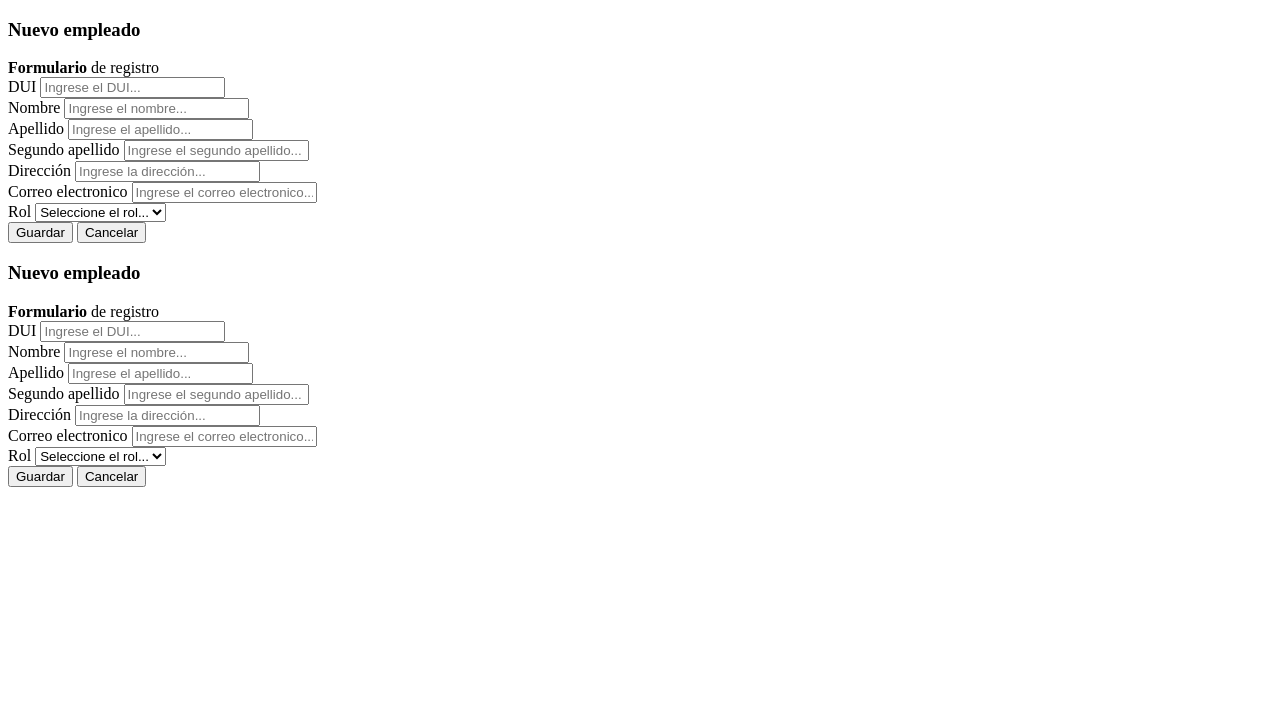
Repository: Julio-Sama/jacquis_system
Page: src/main/resources/templates/nuevo_empleado.html
An editor plug-in stored every save of this project. The page is shown before and after the next save, followed by the edit.
The browser window is 1280 px wide. The pictures show the whole page.

Above is the page before, as saved 2023-10-09 17:29:34.

After the next save:
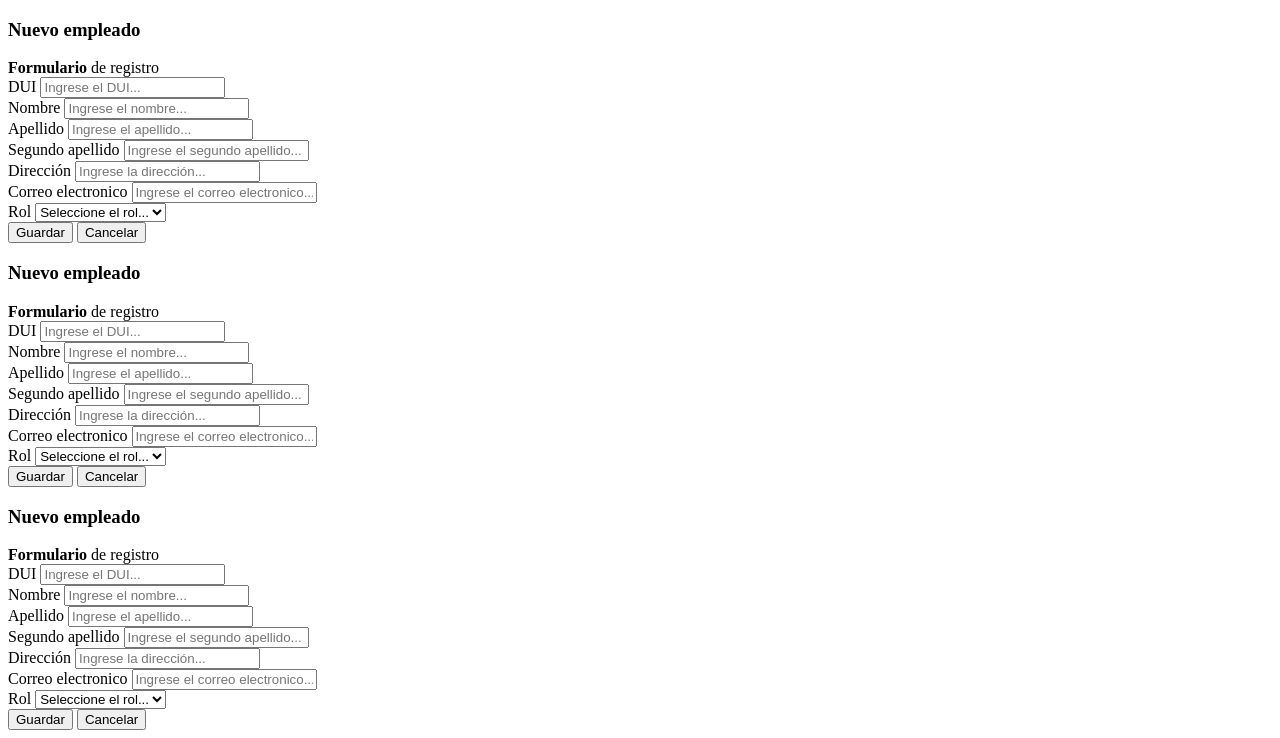
Saved 6 min 20 s later.
--- a/src/main/resources/templates/nuevo_empleado.html
+++ b/src/main/resources/templates/nuevo_empleado.html
@@ -1,3 +1,99 @@
+<!DOCTYPE html>
+<html lang="es" xmlns:th="https://www.thymeleaf.org">
+
+<head>
+    <meta charset="UTF-8">
+</head>
+
+<body>
+    <div th:fragment="contentE" class="container-fluid">
+        <!-- AQUI VA LA TABLA -->
+        <div class="row">
+            <div class="col-md-12">
+                <!-- DATA TABLE -->
+                <!-- Pongo el breadcrumbs? -->
+                <h3 class="title-5 m-b-25">Nuevo empleado</h3>
+
+                <!-- Formulario de registro de nuevo empleado -->
+                <div class="card">
+                    <div class="card-header">
+                        <strong>Formulario</strong> de registro
+                    </div>
+                    <div class="card-body card-block">
+                        <form th:action="@{/empleados}" th:object="${empleados}" method="POST">
+                            <div class="form-group">
+                                <label for="dui" class="form-control-label"> DUI </label>
+                                <!-- Documento Unico de Identidad-->
+                                <input type="text" th:field="*{duiEmpleado}" name="dui" id="dui"
+                                    placeholder="Ingrese el DUI..." class="form-control"
+                                    data-inputmask="'mask': '99999999-9'">
+                            </div>
+                            <div class="form-group">
+                                <label for="nombre" class=" form-control-label">Nombre</label>
+                                <input type="text" th:field="*{nombre}" name="nombre" id="nombre"
+                                    placeholder="Ingrese el nombre..." class="form-control">
+                                <!-- <input type="email" id="nf-email" name="nf-email" placeholder="Enter Email.." class="form-control"> -->
+                                <!-- <span class="help-block">Please enter your email</span> -->
+                            </div>
+                            <div class="form-group">
+                                <label for="apellido" class=" form-control-label">Apellido</label>
+                                <input type="text" th:field="*{apellido}" name="apellido" id="apellido"
+                                    placeholder="Ingrese el apellido..." class="form-control">
+                            </div>
+                            <div class="form-group">
+                                <label for="apellido2" class="form-control-label">Segundo apellido</label>
+                                <input type="text" th:field="*{apellido_dos}" name="apellido2" id="apellido2"
+                                    placeholder="Ingrese el segundo apellido..." class="form-control">
+                            </div>
+                            <div class="form-group">
+                                <label for="direccion" class=" form-control-label">Dirección</label>
+                                <input type="text" th:field="*{direccion}" name="direccion" id="direccion"
+                                    placeholder="Ingrese la dirección..." class="form-control">
+                            </div>
+                            <div class="form-group">
+                                <label for="correo" class="form-control-label"> Correo electronico</label>
+                                <input type="email" th:field="*{correo_empleado}" name="correo" id="correo"
+                                    placeholder="Ingrese el correo electronico..." class="form-control">
+                            </div>
+                            <!-- <div class="form-group">
+                                <label for="telefono" class="form-control-label"> Telefono</label>
+                                <input type="text" name="telefono" id="telefono" placeholder="Ingrese el telefono..."
+                                    class="form-control">
+                            </div> -->
+                            <!-- <div class="form-group">
+                                <label for="estado" class="form-control-label">Estado</label>
+                                <select name="estado" id="estado" class="form-control" th:field="*{estado_empleado}">
+                                    <option value="0">Seleccione el estado...</option>
+                                    <option value="ACTIVO">Activo</option>
+                                    <option value="INACTIVO">Inactivo</option>
+                                </select>
+                            </div> -->
+                            <div class="form-group">
+                                <label for="rol" class="form-control-label">Rol</label>
+                                <select name="rol" id="rol" class="form-control" th:field="*{empleado_fk}">
+                                    <option value="0">Seleccione el rol...</option>
+                                    <option value="1">Administrador</option>
+                                    <option value="2">Empleado</option>
+                                </select>
+                            </div>
+                            <div class="card-footer">
+                                <button type="submit" class="btn btn-primary btn-sm">
+                                    <i class="fa fa-dot-circle-o"></i> Guardar
+                                </button>
+                                <button type="reset" class="btn btn-danger btn-sm">
+                                    <i class="fa fa-ban"></i> Cancelar
+                                </button>
+                            </div>
+                        </form>
+                    </div>
+                </div>
+            </div>
+        </div>
+    </div>
+
+</body>
+
+</html>
 <!DOCTYPE html>
 <html lang="es" xmlns:th="https://www.thymeleaf.org">
 
